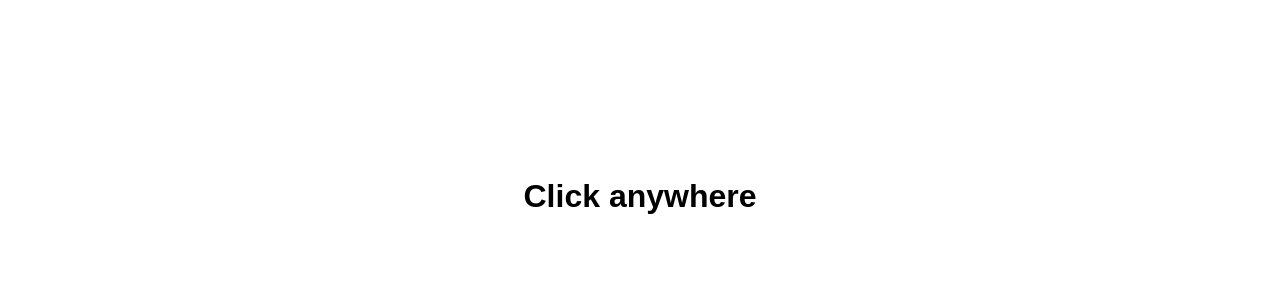
Repository: alexmaddux99/Lab3
Page: mouse-events.html
The author's editor kept a copy of each file at every save. The page is drawn from the files as they stood at one save, then again after the next save.
The browser window is 1280 px wide. The pictures show the whole page.

Above is the page before, as saved 2022-02-17 11:37:36.
Not found: images/star.svg

After the next save:
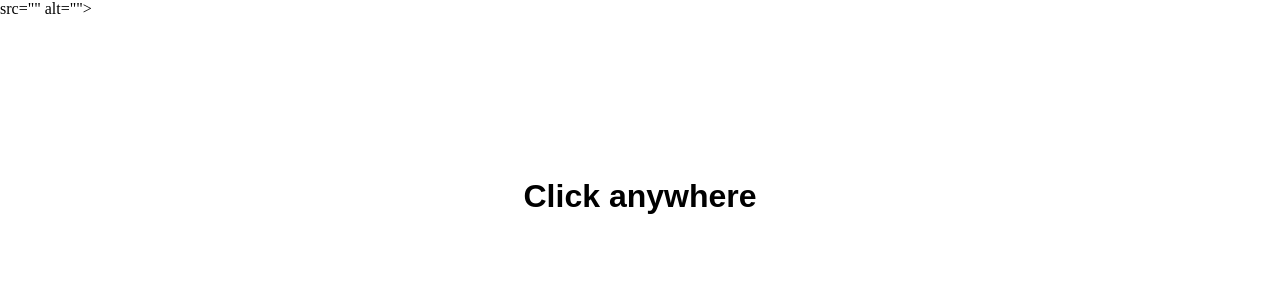
Saved 68 s later.
--- a/mouse-events.html
+++ b/mouse-events.html
@@ -29,7 +29,7 @@
 <body>
 
 
-    <img class="star" src="images/star.svg" alt="">
+    <img id="dot" class="star">src="" alt="">
     <p>Click anywhere</p>
 
     <script>
